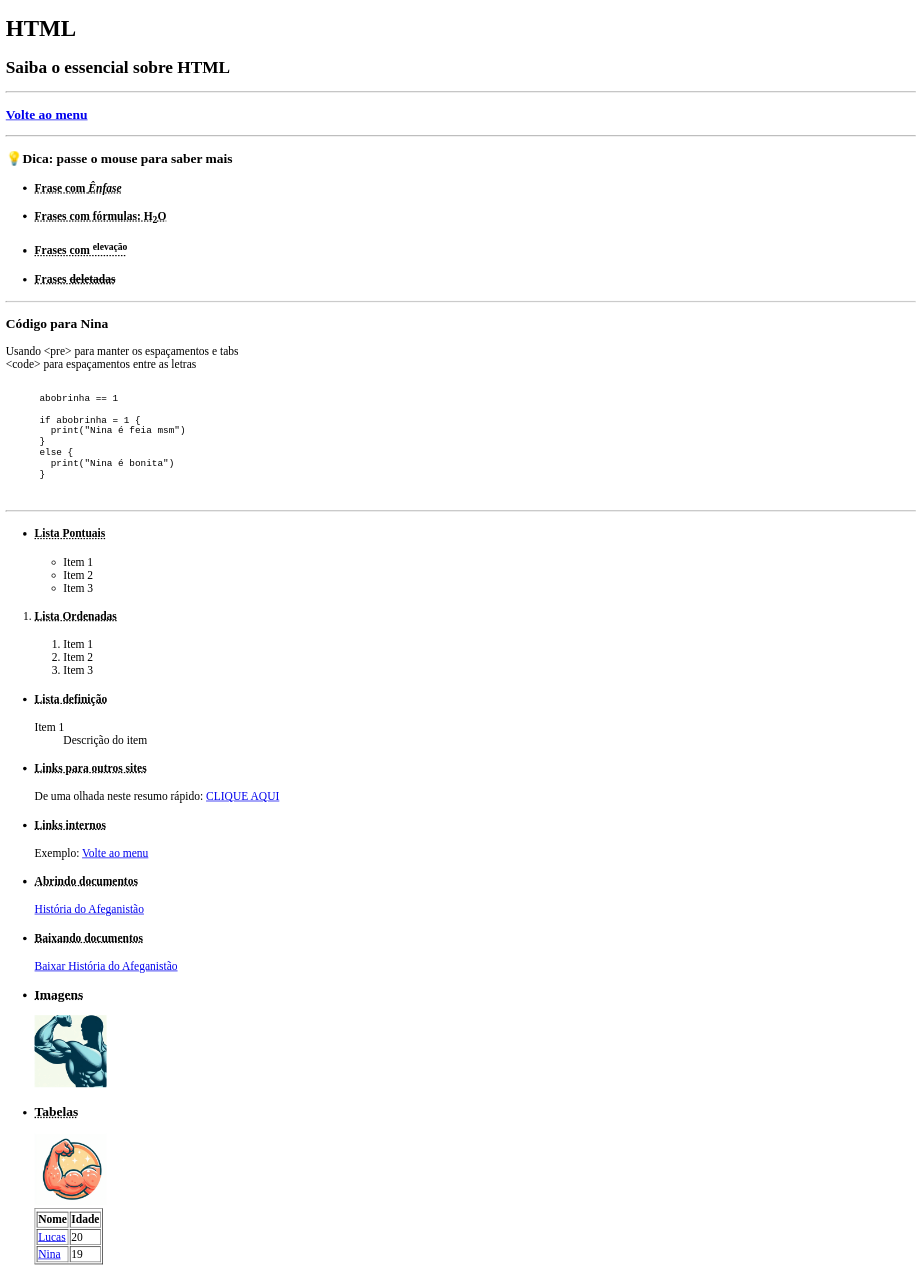
Repository: LuidyOn/Site_Forca_Total
Page: ForçaTotal/sobreHTML.html
These files come from the project's save history. The page is drawn as it stood at one moment and after a run of saves; the edit follows.
The browser window is 1280 px wide. The pictures show the whole page, at 72% of full size.

Above is the page before, as saved 2025-05-16 14:32:26.

### ForçaTotal/sobreHTML.html
<!DOCTYPE html>
<html lang="pt-br">
<head>
  <meta charset="UTF-8">
  <meta name="viewport" content="width=device-width, initial-scale=1.0">
  <link rel="shortcut icon" href="img/icons/logo.ico" type="image/x-icon">
  <title>Testes Força total</title>
</head>
<body>
  <h1>HTML</h1>
  <h2>Saiba o essencial sobre HTML</h2>

  <hr>
  <h3><a href="index.html" rel="prev"> Volte ao menu</a></h3>
  <hr>

<h3>💡Dica: passe o mouse para saber mais</h3>

  <ul><li><h4> <abbr title="Para deixar uma frase com ênfase, usamos: <em> ">Frase com <em>Ênfase</em></h4> </abbr>
  </li></ul>

    <ul><li><h4><abbr title="Para utilizarmos frases 'baixas' ou fórmulas usamos: <sub></sub>"> Frases com fórmulas: H<sub>2</sub>O</abbr></h4> </li></ul>

  <ul><li><h4> <abbr title="Para utilizarmos frases com ênfase/superiores usamos: <sup></sup>">Frases com <sup>elevação</sup></h4> </abbr></li></ul>

  <ul><li><abbr title=" Para utilizarmos frases deletadas usamos: <del>"><h4>Frases <del>deletadas</del></h4></abbr></li></ul>

  <hr>

  <h3>Código para Nina</h3>
  <p>Usando &lt;pre&gt; para manter os espaçamentos e tabs <br> &lt;code&gt; para espaçamentos entre as letras</p>

  <p></p>

  <pre>
    <code>
      abobrinha == 1

      if abobrinha = 1 {
        print("Nina é feia msm")
      }
      else {
        print("Nina é bonita")
      }
    </code>
  </pre>

  <hr>

      <ul>
        <li>
          <abbr title="Para usar lista pontuadas use <ul>"> <h4>Lista Pontuais</h4> </abbr>
        </li>
          <ul>
            <li>Item 1</li>
            <li>Item 2</li>
            <li>Item 3</li>
          </ul>
      </ul>

      <ol>
        <li>
          <abbr title="Para usar lista ordenadas use <ol>"> <h4>Lista Ordenadas</h4> </abbr>
        </li>
          <ol>
            <li>Item 1</li>
            <li>Item 2</li>
            <li>Item 3</li>
          </ol>
      </ol>

          <ul>
            <li>
              <abbr title="Para usar uma lista de definição, use <dl> para agrupar os elementos(bloco), <dt> para o termo e <dd> para a descrição."> <h4>Lista definição</h4> </abbr>
              <dl>
                <dt>Item 1</dt>
                <dd>Descrição do item</dd>
              </dl>
            </li>
          </ul>

      <ul>
        <li><abbr title="Dica → <a href='https...' target='_blank'></a> text </a>"><h4>Links para outros sites</h4></abbr>
        </li>
        <p>De uma olhada neste resumo rápido: <a href="https://www.youtube.com/watch?v=dQw4w9WgXcQ" target="_blank" rel="External"> CLIQUE AQUI </a></p>
      </ul>

      <ul>
        <li><abbr title="Dica → <a href='caminho.html' rel='prev/next'></a>"><h4>Links internos</h4></abbr>
        </li>
        <p>Exemplo: <a href="index.html" rel="prev"> Volte ao menu</a></p>
      </ul>

      <ul>
        <li><abbr title="Dica: <a href='caminho.pdf' target='_blank'></a>"> <h4>Abrindo documentos</h4> </abbr>
        </li>
        <p><a href="Documentos/PDFs/GUERRA DO AFEGANISTÃO.pdf" target="_blank"> História do Afeganistão</a></p>
      </ul>

      <ul>
        <li><abbr title="Dica: <a href='caminho.pdf' download='caminho.pdf' type='application/pdf'> 'text'</a>"> <h4>Baixando documentos</h4> </abbr>
        </li>
            <p><a href="Documentos/PDFs/GUERRA DO AFEGANISTÃO.pdf" target="_blank" download="Documentos/PDFs/GUERRA DO AFEGANISTÃO.pdf" type="application/pdf"> Baixar História do Afeganistão</a></p>
      </ul>

  <ul>
    <li><abbr title="Para usar imagens use <img>"><h3>Imagens</h3></abbr></li>

    <img src="img/parteSerior.png" alt="parte superior" style="width: 100px; height: 100px;">
  </ul>

  <ul>
    <li><abbr title="Para usar tabelas use <table> <tr> e <th>"><h3>Tabelas</h3></abbr></li>

    <table border="1">
      <tr>
        <img src="img/logo.jpg" alt="" style="width: 100px">
      </tr>
      <tr>
        <th>Nome</th>
        <th>Idade</th>
      </tr>
      <tr>
        <td><a href="#">Lucas</a></td>
        <td>20</td>
      </tr>
      <tr>
        <td><a href="#">Nina</a></td>
        <td>19</td>
      </tr>
    </table>

</body>
</html>

After the next 2 saves:
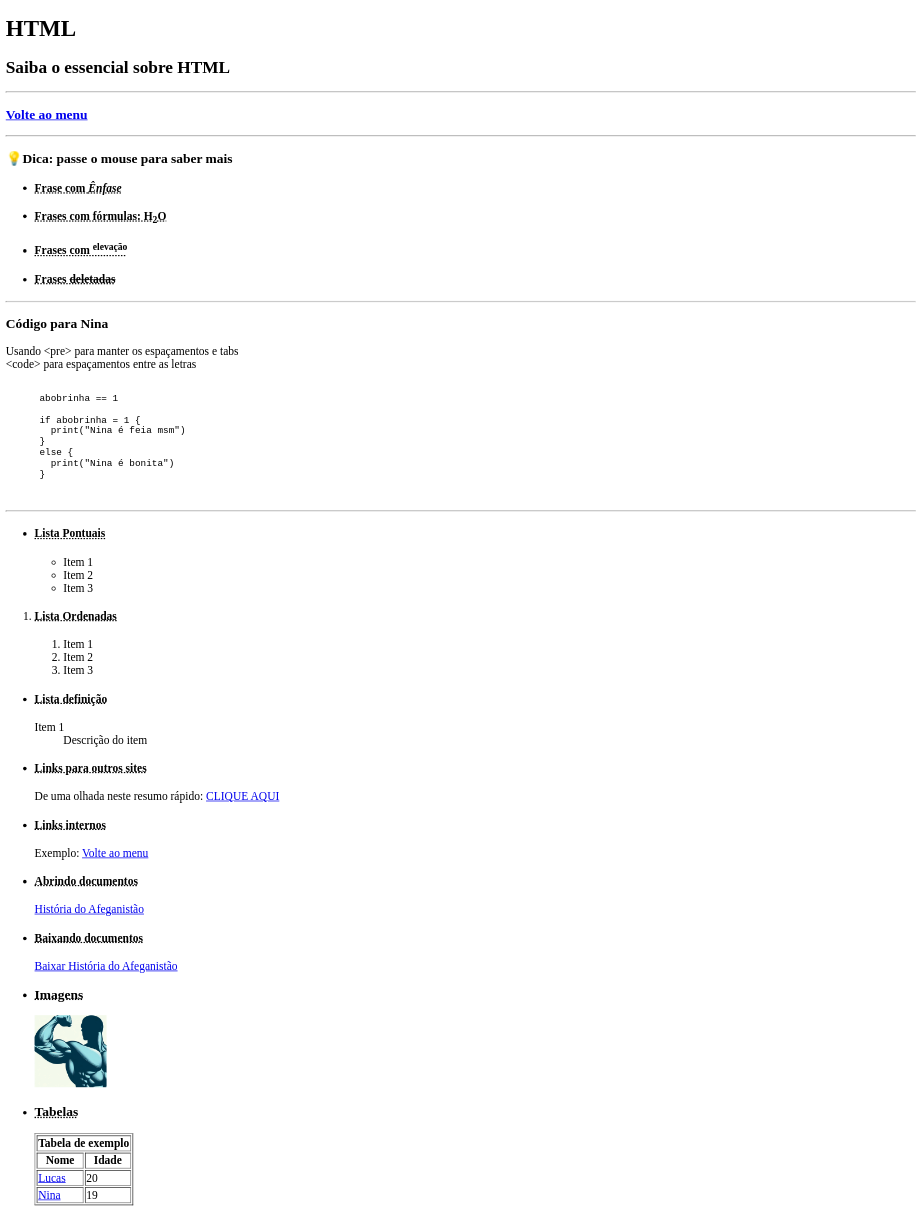
The 2 saves are shown as one change because they came seconds apart.
The last was saved 6 s later.
--- a/ForçaTotal/sobreHTML.html
+++ b/ForçaTotal/sobreHTML.html
@@ -114,7 +114,7 @@
 
     <table border="1">
       <tr>
-        <img src="img/logo.jpg" alt="" style="width: 100px">
+        <th colspan="2">Tabela de exemplo</th>
       </tr>
       <tr>
         <th>Nome</th>
